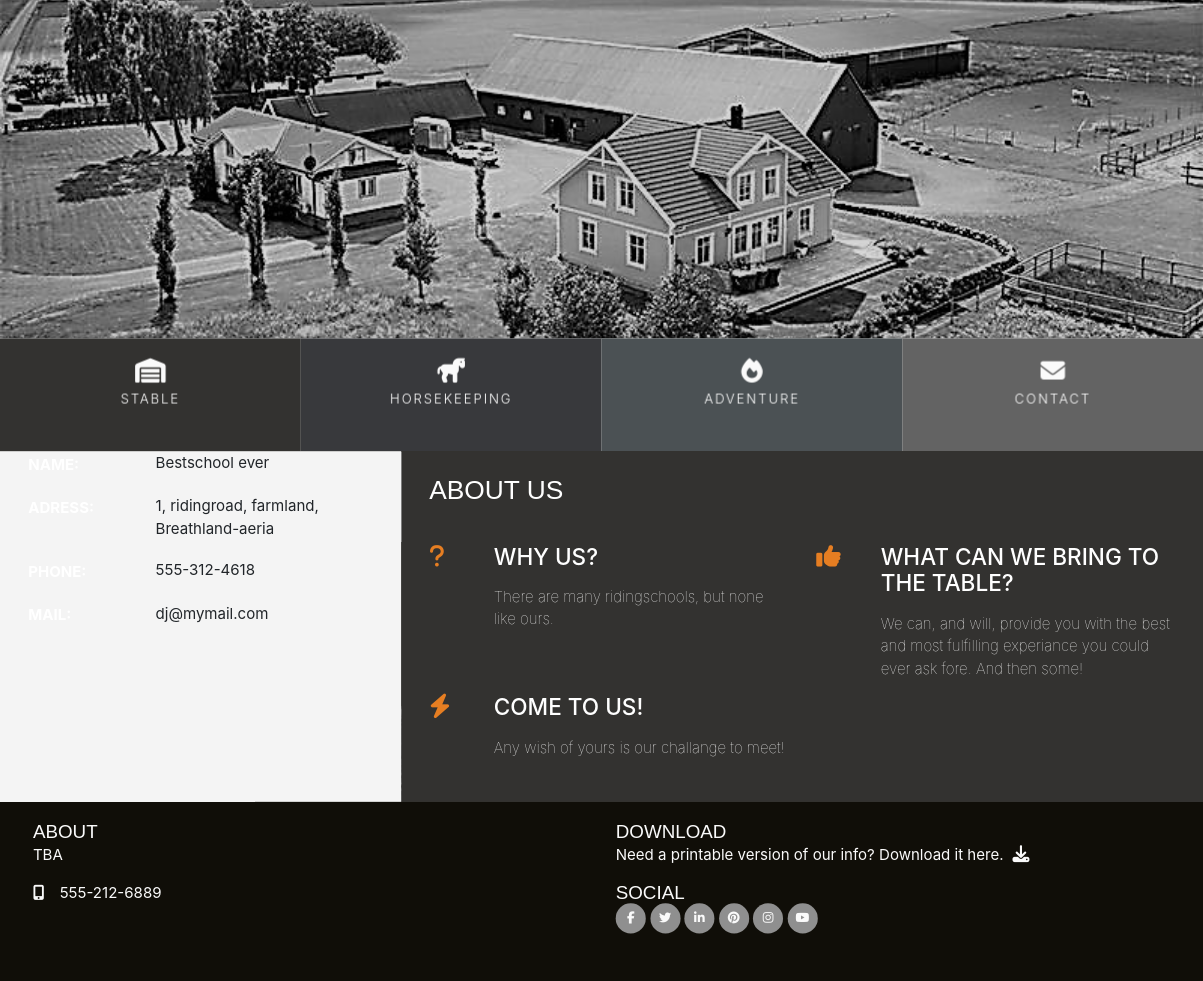
Repository: Jadehammar/frontendmilestone
Page: stable.html
The author's editor kept a record of every edit. The page is drawn from the files as they stood at one moment, then again after the next edit.
The browser window is 1280 px wide. The pictures show the whole page, at 94% of full size.
Backgrounds fixed to the window are drawn as part of the page. Some web libraries are served in a nearby version.

Above is the page before.

After the next edit:
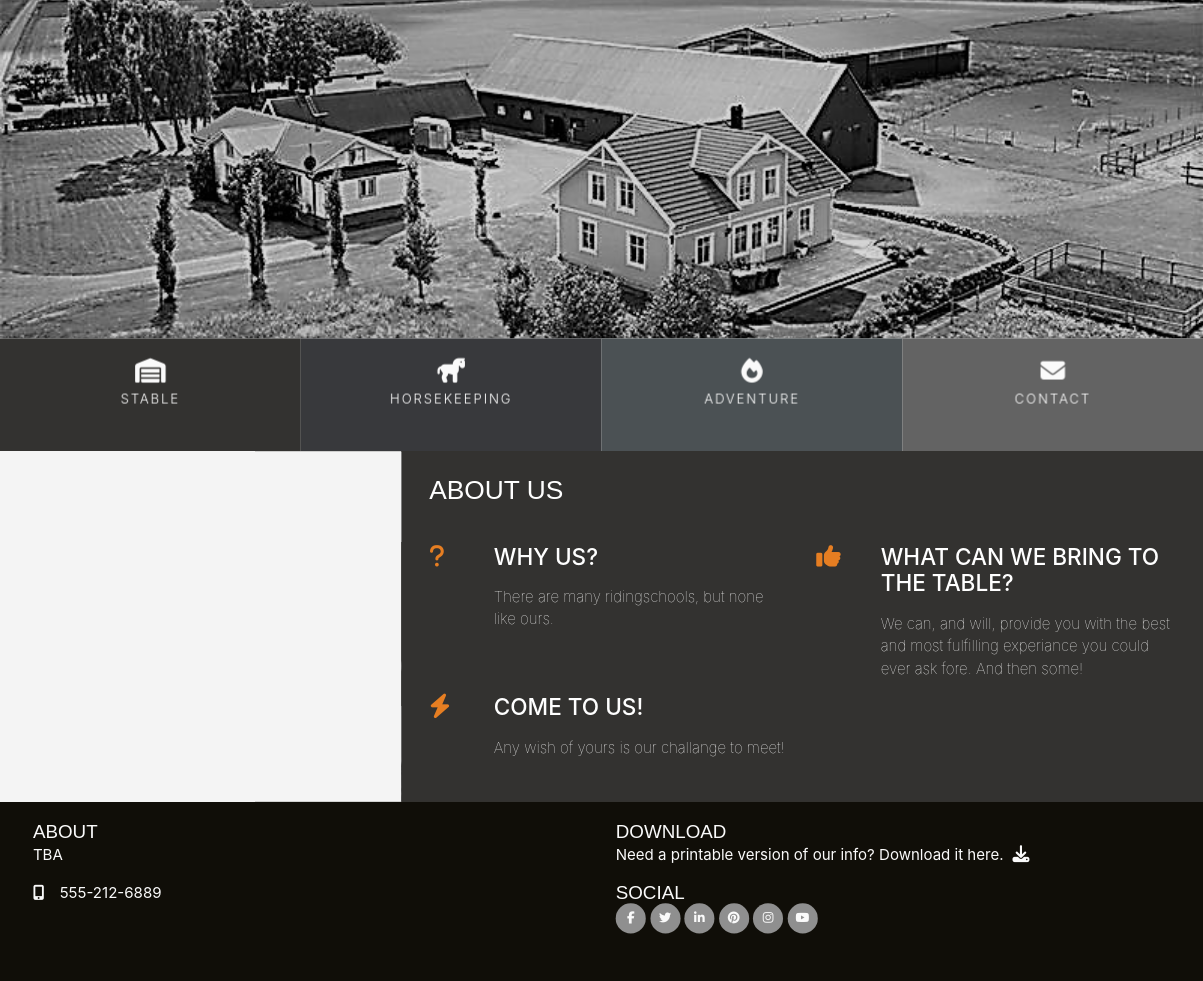
The edit:
--- a/stable.html
+++ b/stable.html
@@ -44,54 +44,6 @@
             <div class="col-md-4 bg-color-personal-info section-column">
                 <div class="row">
                     <div class="col-12">
-                    </div>
-                </div>
-                <div class="personal-info-item">
-                    <div class="key">
-                        <p class="uppercase">
-                            Name:
-                        </p>
-                    </div>
-                    <div class="value">
-                        <p>
-                            Bestschool ever
-                        </p>
-                    </div>
-                </div>
-                <div class="personal-info-item">
-                    <div class="key">
-                        <p class="uppercase">
-                            Adress:
-                        </p>
-                    </div>
-                    <div class="value">
-                        <p>
-                            1, ridingroad, farmland, Breathland-aeria
-                        </p>
-                    </div>
-                </div>
-                <div class="personal-info-item">
-                    <div class="key">
-                        <p class="uppercase">
-                            Phone:
-                        </p>
-                    </div>
-                    <div class="value">
-                        <p>
-                            555-312-4618
-                        </p>
-                    </div>
-                </div>
-                <div class="personal-info-item">
-                    <div class="key">
-                        <p class="uppercase">
-                            Mail:
-                        </p>
-                    </div>
-                    <div class="value">
-                        <p>
-                            dj@mymail.com
-                        </p>
                     </div>
                 </div>
             </div>
